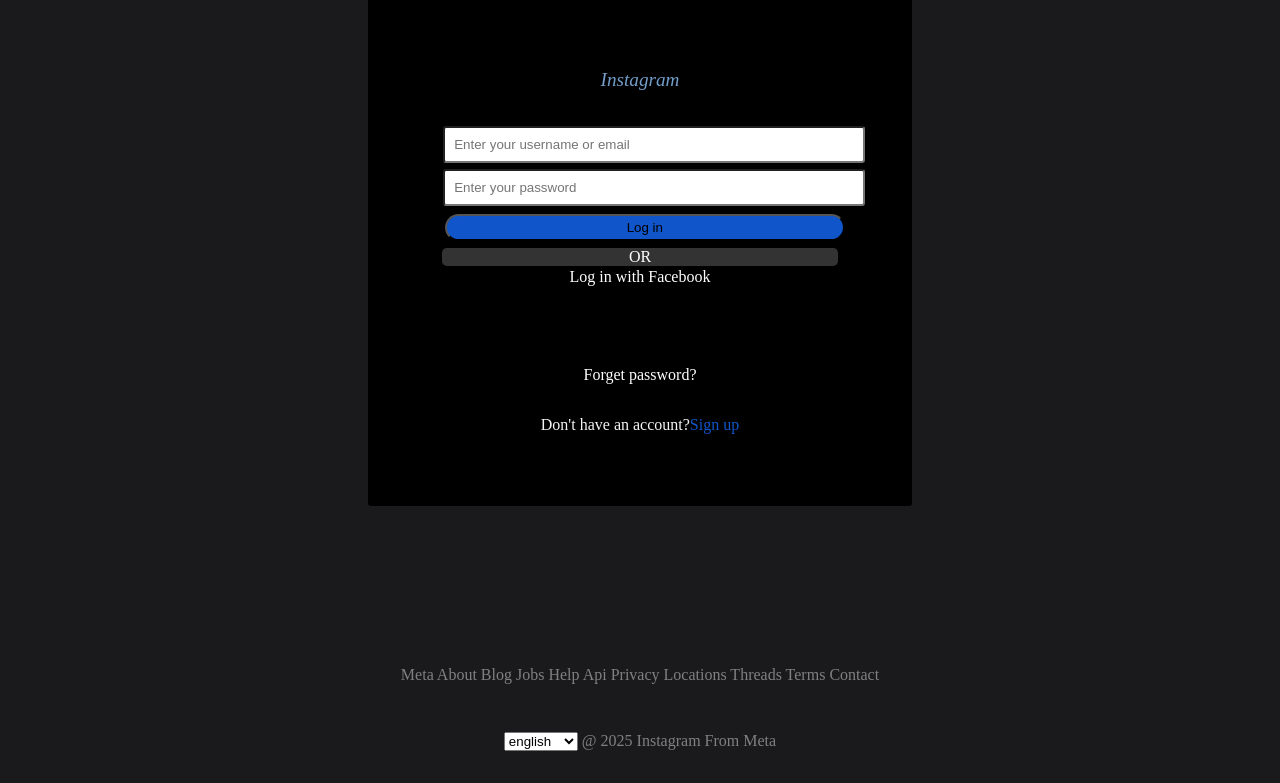
Repository: sristigupta04/basic-js-project
Page: index.html
The author's editor kept a copy of each file at every save. The page is drawn from the files as they stood at one save, then again after the next save.
The browser window is 1280 px wide. The pictures show the whole page.

Above is the page before, as saved 2025-10-24 14:22:22.

After the next save:
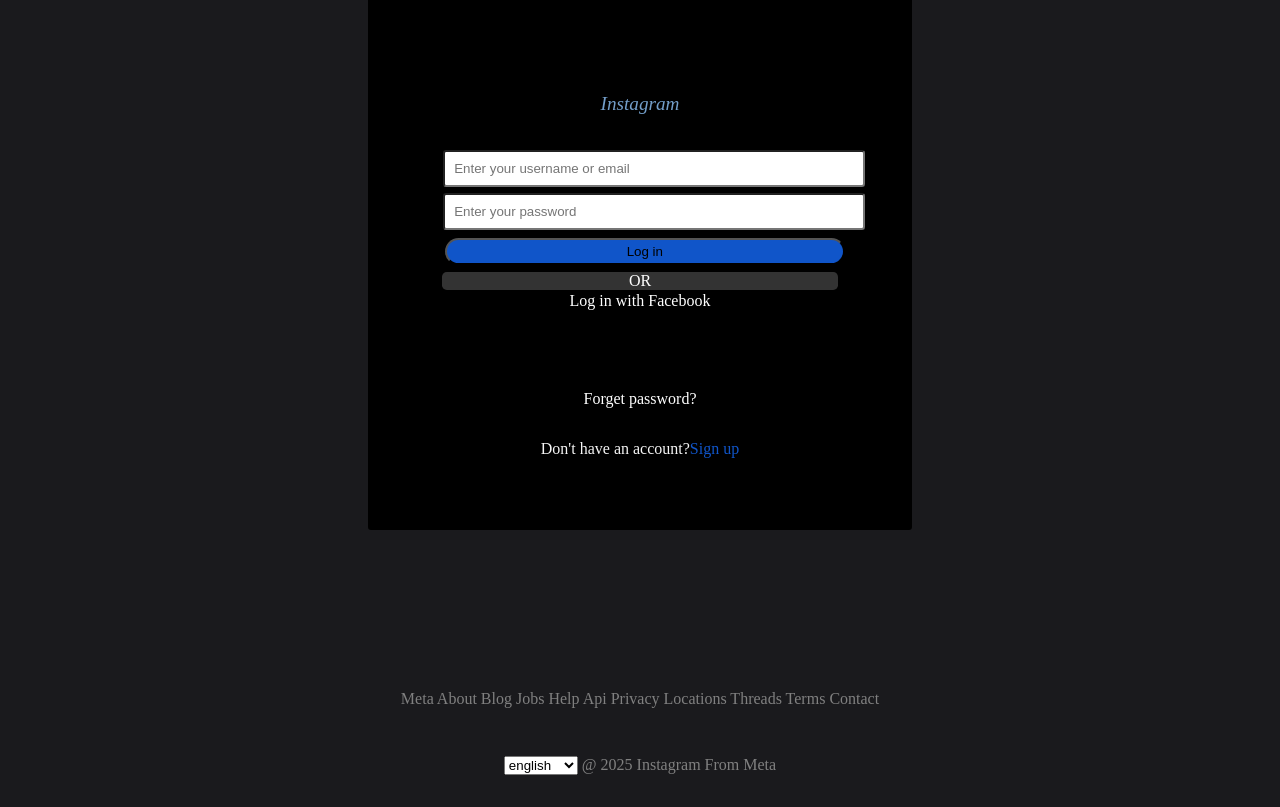
Saved 32 s later.
--- a/index.css
+++ b/index.css
@@ -5,9 +5,8 @@ body{
     height: 100vh;
     flex: 1;
     flex-direction: column;
-    padding: 14px;;
     background-color:#1A1A1D;
-    margin:0;
+    padding-top: 30px;
 
 }
 .container{
